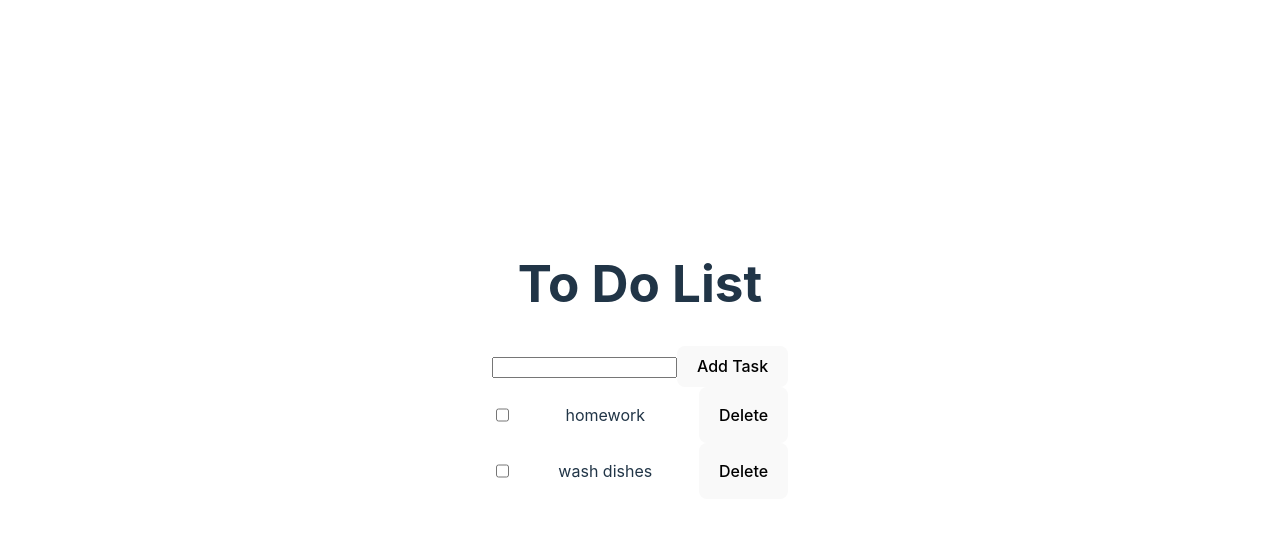
Repository: Jennica1/FRONT_END_WEEK06
Page: / (app in react/)
The author's editor kept a copy of each file at every save. The page is drawn from the files as they stood at one save, then again after the next save.
The browser window is 1280 px wide. The pictures show the whole page.
The project was rebuilt for these pictures with package versions that can differ from the ones it lists, and the page was loaded fresh each time. Also part of the build but not shown: react/vite.config.js.

Above is the page before, as saved 2024-10-10 15:38:24.

After the next save:
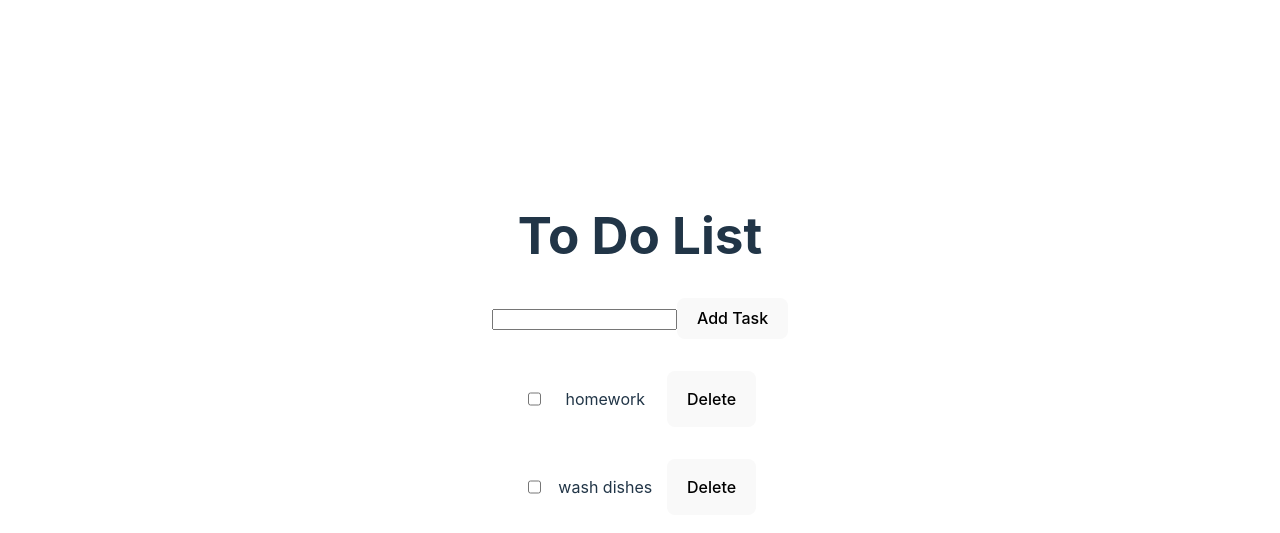
Saved 13 s later.
--- a/react/src/components/TaskForm.jsx
+++ b/react/src/components/TaskForm.jsx
@@ -47,7 +47,7 @@ function TaskForm() {
   }
 
   const newListUI = tasks.map((task) => (
-    <div key={task.id} style={{ display: 'flex', justifyContent: 'center',  justifyContent:"space-between"}}>
+    <div key={task.id} style={{ display: 'flex', justifyContent: 'center',  justifyContent:"space-between", margin: '2em'}}>
       <input
         type="checkbox"
         checked={task.completed}
